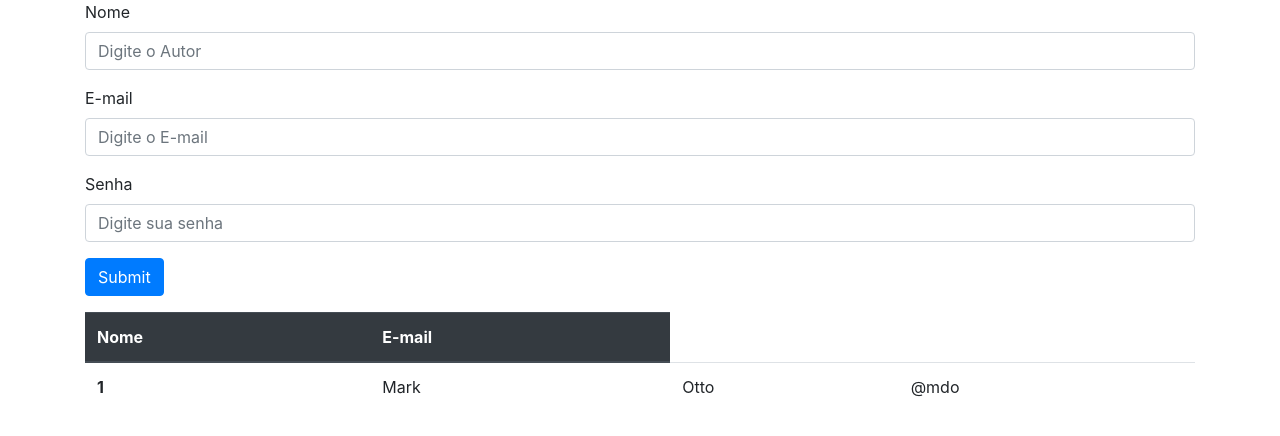
Repository: wellersonfc/simple-crud-react
Page: /
These files come from the project's save history. The page is drawn as it stood at one moment and after the next save; the edit follows.
The browser window is 1280 px wide. The pictures show the whole page.
The project was rebuilt for these pictures with package versions that can differ from the ones it lists, and the page was loaded fresh each time.

Above is the page before, as saved 2019-09-22 15:32:44.

After the next save:
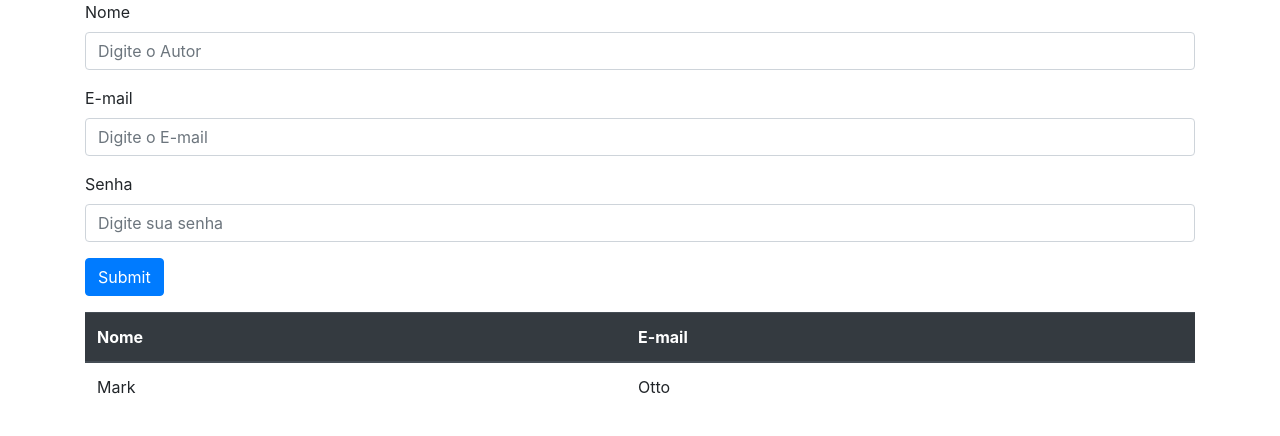
Saved 9 s later.
--- a/src/App.js
+++ b/src/App.js
@@ -33,10 +33,8 @@ function App() {
             </thead>
             <tbody>
               <tr>
-                <th scope="row">1</th>
                 <td>Mark</td>
                 <td>Otto</td>
-                <td>@mdo</td>
               </tr>
             </tbody>
           </table>
